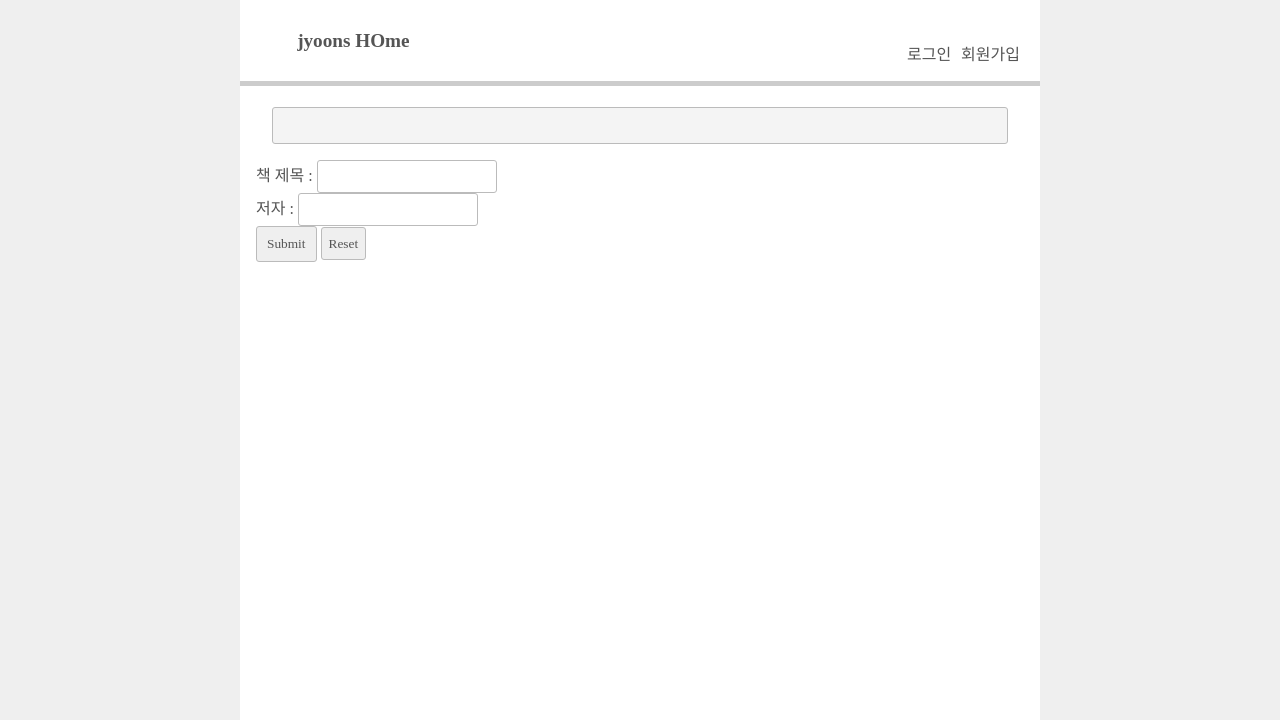
Repository: jyoons00/JSP-sample
Page: http://localhost/jspPro/days01/ex02.jsp
An editor plug-in stored every save of this project. The page is shown before and after the next save, followed by the edit.
The browser window is 1280 px wide. The pictures show the whole page.
Some web fonts or font styles are not loaded; a fallback is used. The page is served by Tomcat 9.

Above is the page before, as saved 2024-10-15 03:30:19.

After the next save:
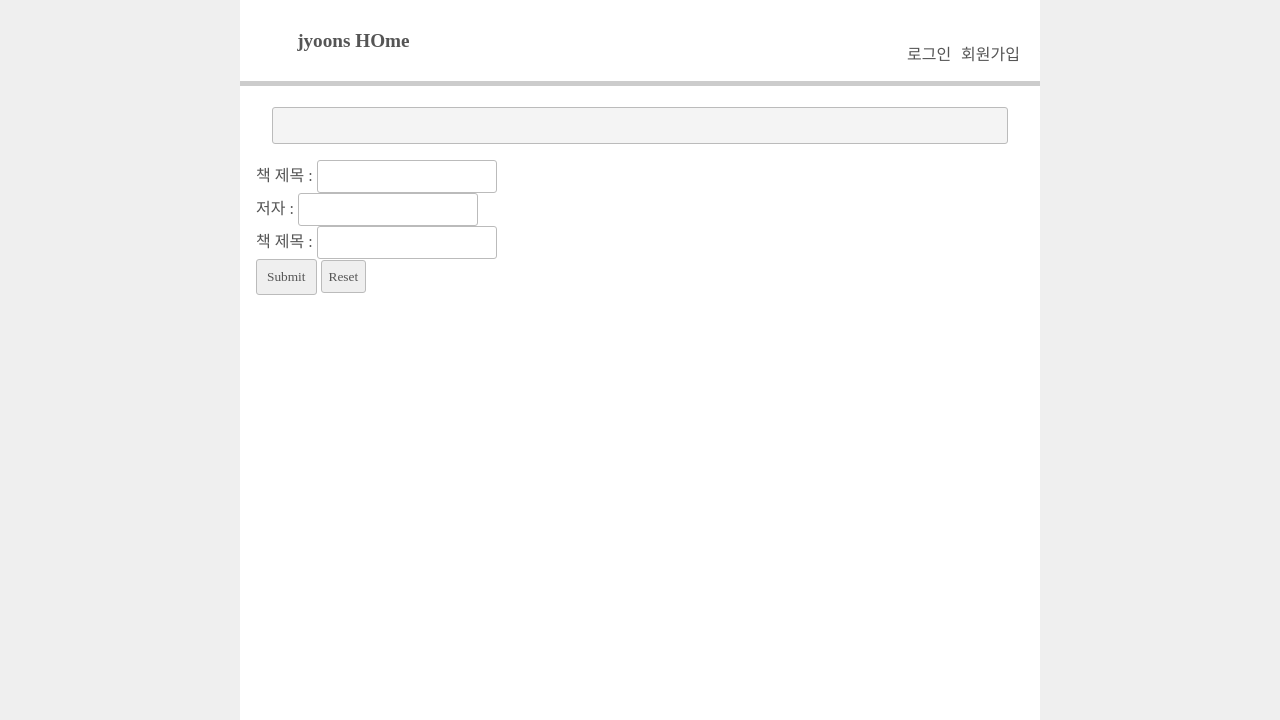
Saved 8 s later.
--- a/jspPro/src/main/webapp/days01/ex02.jsp
+++ b/jspPro/src/main/webapp/days01/ex02.jsp
@@ -36,6 +36,8 @@
 				autofocus="autofocus"><br>
 			저자 : <input type="text"
 				id="author" name="author"><br>
+				책 제목 : <input type="text" id="title" name="title"
+				autofocus="autofocus"><br>
 			<!-- <button type="button">submit</button> -->
 			<input type="submit"> <input type="reset">
 		</form>
